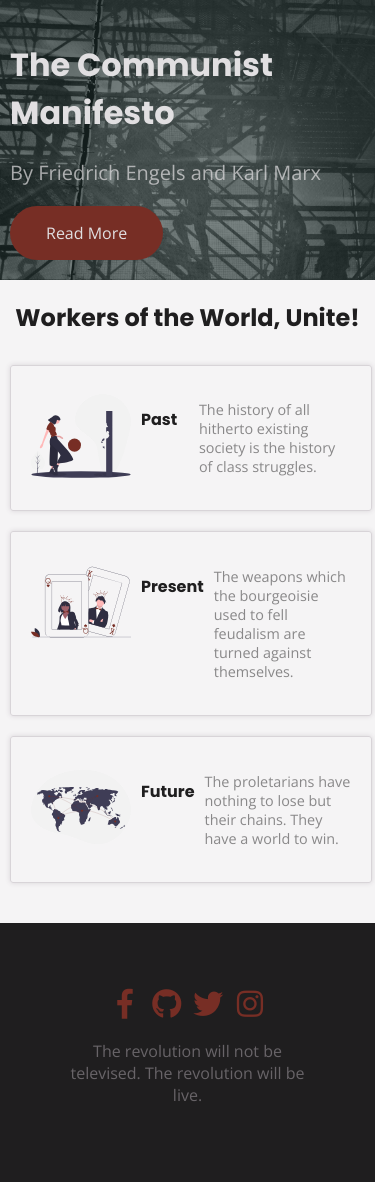
Repository: eaang/landing
Page: index.html
These files come from the project's save history. The page is drawn as it stood at one moment and after the next save; the edit follows.
The browser window is 375 px wide. The pictures show the whole page.
Some web libraries are served in a nearby version.

Above is the page before, as saved 2020-06-10 17:17:51.

### index.html
<!DOCTYPE html>
<html>
  <head>
    <meta charset="UTF-8" />
    <title>The Communist Manifesto</title>
    <link rel="shortcut icon" href="data:[embedded picture, 18 characters]" type="image/x-icon" />
    <!-- We need this line below for responsiveness! -->
    <meta name="viewport" content="width=device-width, initial-scale=1" />
    <link rel="stylesheet" href="css/style.css" />
  </head>
  <body>
    <!-- code a Hero / Banner section -->
    <div class="banner">
      <div class="container">
        <h1>The Communist Manifesto</h1>
        <p>By Friedrich Engels and Karl Marx</p>
        <a class="btn-primary" href="#">Read More</a>
      </div>
    </div>
    <!-- code a "How it works" section -->
    <div class="container">
      <h2 class="text-center">Workers of the World, Unite!</h2>
      <div class="cards">
        <div class="card">
          <img src="images/struggle.svg" alt="" />
          <div class="card-titles"><h4>Past</h4></div>
          <div class="card-text"><p>
            The history of all hitherto existing society is the history of class
            struggles.
          </p></div>
        </div>

        <div class="card">
          <img src="images/feudal.svg" alt="" />
          <div class="card-titles"><h4>Present</h4></div>
          <div class="card-text"><p>
            The weapons which the bourgeoisie used to fell feudalism are turned
            against themselves.
          </p></div>
        </div>

        <div class="card">
          <img src="images/future.svg" alt="" />
          <div class="card-titles"><h4>Future</h4></div>
          <div class="card-text"><p>
            The proletarians have nothing to lose but their chains. They have a
            world to win.
          </p></div>
        </div>
      </div>
    </div>
    <!-- code a footer -->
    <div class="footer">
      <div class="links">
        <a href="#"><i class="fab fa-fw fa-facebook-f"></i></a>
        <a href="#"><i class="fab fa-fw fa-github"></i></a>
        <a href="#"><i class="fab fa-fw fa-twitter"></i></a>
        <a href="#"><i class="fab fa-fw fa-instagram"></i></a>
        <p>
          The revolution will not be televised. The revolution will be live.
        </p>
      </div>
    </div>
  </body>
</html>

### css/style.css
/* Fonts */
@import url("https://fonts.googleapis.com/css?family=Open+Sans:400,700|Poppins:700");

/* Fontawesome */
@import url("https://use.fontawesome.com/releases/v5.6.3/css/all.css");

/* Utilities */
body {
  margin: 0;
  font-family: Open Sans;
  background-color: #f5f4f5;
  color: #1f1e1f;
}

h1,
h2,
h3,
h4 {
  font-family: Poppins;
}

a {
  text-decoration: none;
}

.text-center {
  text-align: center;
}
/* Custom design below! */
.container {
  max-width: 900px;
  margin: auto;
}

/* Banner design */
.banner:before {
  content: " ";
  display: block;
  position: absolute;
  left: 0;
  top: 0;
  width: 100%;
  height: 100%;
  z-index: 1;
  opacity: 0.4;
  background-image: url("../images/background.jpg");
  background-repeat: no-repeat;
  background-position: 50% 0;
  -ms-background-size: cover;
  -o-background-size: cover;
  -moz-background-size: cover;
  -webkit-background-size: cover;
  background-size: cover;
}
.banner {
  position: relative;
  background: #203130;
  overflow: hidden;
  padding: 200px 0;
}
.banner h1 {
  position: relative;
  z-index: 2;
  color: #e1dfe1;
}
.banner p {
  position: relative;
  z-index: 2;
  color: #e1dfe1;
  opacity: 0.7;
  font-size: 20px;
}
.btn-primary {
  position: relative;
  z-index: 2;
  display: inline-block;
  background-color: #772e25;
  padding: 16px 36px;
  border-radius: 50px;
  color: #e1dfe1;
}

/* Cards design */
.cards {
  flex-wrap: wrap;
  display: flex;
  justify-content: space-between;
  margin-bottom: 30px;
}
.card {
  max-width: 200px;
  border-radius: 3px;
  box-shadow: 0 0 5px rgb(216, 212, 216);
  text-align: center;
  padding: 20px;
  border: 1px solid rgb(216, 212, 216);
}
.card img {
  height: 100px;
}
.card p {
  opacity: 0.5;
  font-size: 0.9em;
}

/* Footer design */
.footer {
  text-align: center;
  padding: 60px;
  background-color: #1f1e1f;
}
.footer a {
  font-size: 30px;
  color: #772e25;
}
.footer p {
  color: #686468;
}

/* Media Queries */

@media only screen and (max-width: 1000px) {
  .banner {
    padding: 50px 20px;
  }
  .cards {
    padding: 0px 10px 0px 10px;
  }
  .card {
    margin: 0 10px;
  }
}
@media only screen and (max-width: 830px) {
  .cards {
    flex-direction: column;
  }
  .card {
    min-width: 90%;
    margin: 10px auto;
    display: flex;
    justify-content: space-between;
    text-align: left;
  }
  .card img {
    width: 100px;
  }
  .card-titles {
    flex: 1 0 auto;
    text-align: left;
    padding-left: 10px;
    margin-right: 10px;
    min-width: 15%;
  }
  .card-text {
    max-width: 70%;
  }
}
@media only screen and (max-width: 600px) {
  .banner {
    padding: 20px 10px;
  }
}

After the next save:
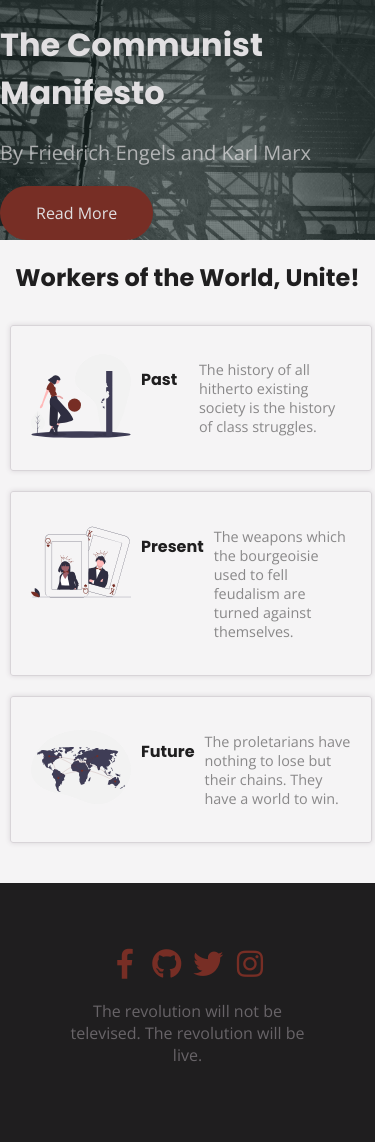
Saved 14 s later.
--- a/css/style.css
+++ b/css/style.css
@@ -157,6 +157,6 @@
 }
 @media only screen and (max-width: 600px) {
   .banner {
-    padding: 20px 10px;
+    padding: 0px;
   }
 }

After the save that followed:
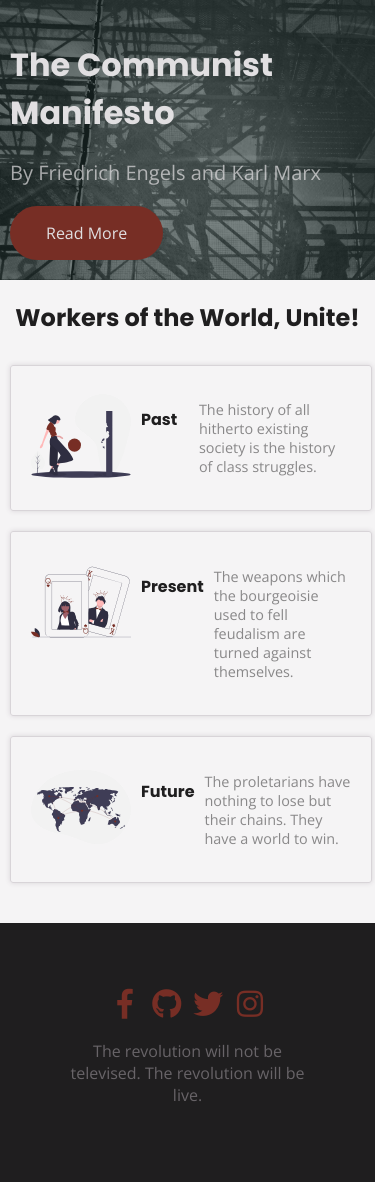
Saved 12 s later.
--- a/css/style.css
+++ b/css/style.css
@@ -157,6 +157,6 @@
 }
 @media only screen and (max-width: 600px) {
   .banner {
-    padding: 0px;
+    padding: 20px 10px;
   }
 }
